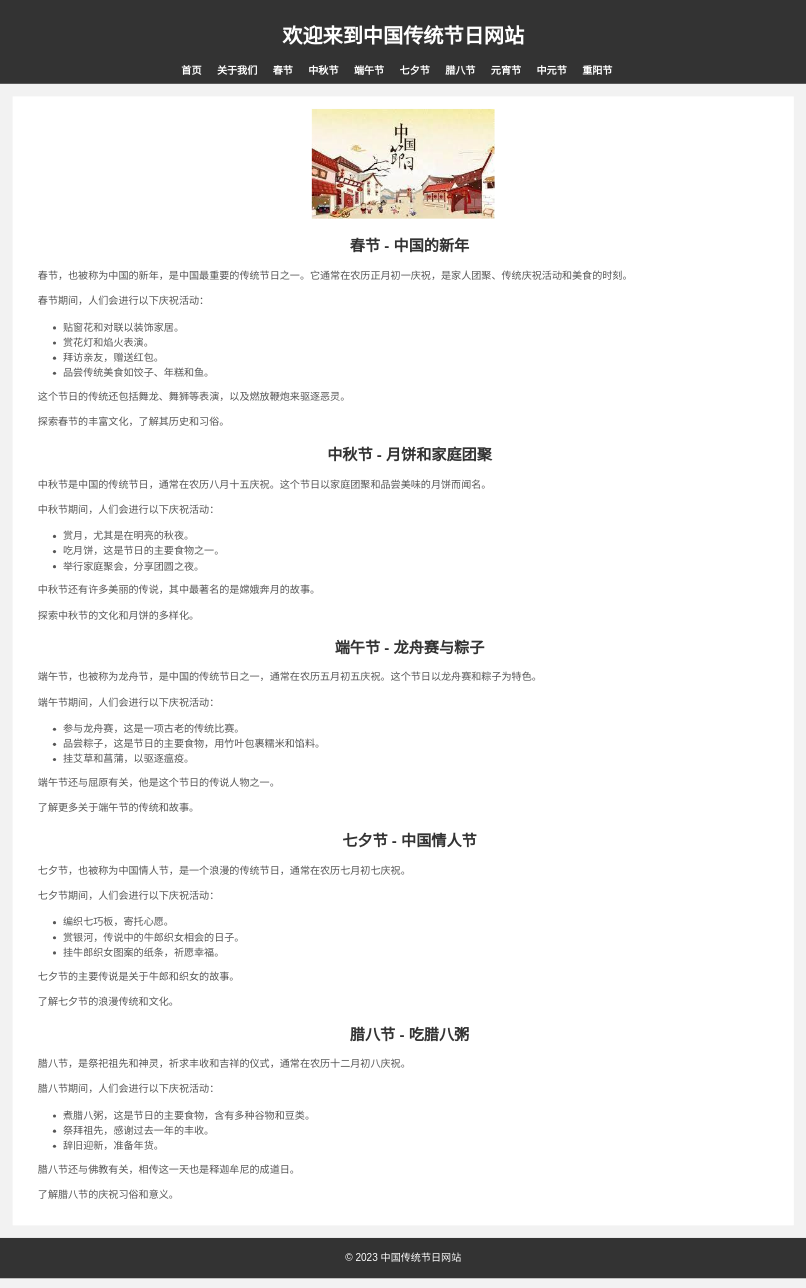
Repository: XueJie1/computer-operation-basics
Page: index.html
An editor plug-in stored every save of this project. The page is shown before and after the next save, followed by the edit.
The browser window is 1280 px wide. The pictures show the whole page, at 63% of full size.

Above is the page before, as saved 2023-09-04 17:09:36.

### index.html
<!DOCTYPE html>
<html lang="zh-CN">

<head>
    <meta charset="UTF-8">
    <meta name="viewport" content="width=device-width, initial-scale=1.0">
    <title>中国传统节日</title>
    <link rel="stylesheet" type="text/css" href="./css/styles.css" />
    <script src="https://cdn.bootcdn.net/ajax/libs/jquery/3.6.4/jquery.js"></script>
</head>

<body>
    <header>
        <h1>欢迎来到中国传统节日网站</h1>
        <nav>
            <ul>
                <li><a href="index.html">首页</a></li>
                <li><a href="about.html">关于我们</a></li>
                <li><a href="./pages/springfes/springfestival.html">春节</a></li>
                <li><a href="./pages/midautumn/midautumnfestival.html">中秋节</a></li>
                <li><a href="./pages/dragonboatfes/dragonboatfestival.html">端午节</a></li>
                <li><a href="./pages/qixifes/qixifestival.html">七夕节</a></li>
                <li><a href="./pages/labafes/labafestival.html">腊八节</a></li>
                <li><a href="./pages/lanternfes/lanternfestival.html">元宵节</a></li>
                <li><a href="./pages/hungryghostfes/hungryghostfestival.html">中元节</a></li>
                <li><a href="./pages/doubleninthfes/doubleninthfestival.html">重阳节</a></li>


            </ul>
        </nav>
    </header>
    <main>
        <div class="banner">
            <img src="./img/banner.jpeg">
        </div>
        <section id="spring-festival">
            <h2>春节 - 中国的新年</h2>
            <p>春节，也被称为中国的新年，是中国最重要的传统节日之一。它通常在农历正月初一庆祝，是家人团聚、传统庆祝活动和美食的时刻。</p>
            <p>春节期间，人们会进行以下庆祝活动：</p>
            <ul>
                <li>贴窗花和对联以装饰家居。</li>
                <li>赏花灯和焰火表演。</li>
                <li>拜访亲友，赠送红包。</li>
                <li>品尝传统美食如饺子、年糕和鱼。</li>
            </ul>
            <p>这个节日的传统还包括舞龙、舞狮等表演，以及燃放鞭炮来驱逐恶灵。</p>
            <p>探索春节的丰富文化，了解其历史和习俗。</p>
        </section>

        <section id="mid-autumn-festival">
            <h2>中秋节 - 月饼和家庭团聚</h2>
            <p>中秋节是中国的传统节日，通常在农历八月十五庆祝。这个节日以家庭团聚和品尝美味的月饼而闻名。</p>
            <p>中秋节期间，人们会进行以下庆祝活动：</p>
            <ul>
                <li>赏月，尤其是在明亮的秋夜。</li>
                <li>吃月饼，这是节日的主要食物之一。</li>
                <li>举行家庭聚会，分享团圆之夜。</li>
            </ul>
            <p>中秋节还有许多美丽的传说，其中最著名的是嫦娥奔月的故事。</p>
            <p>探索中秋节的文化和月饼的多样化。</p>
        </section>

        <section id="dragon-boat-festival">
            <h2>端午节 - 龙舟赛与粽子</h2>
            <p>端午节，也被称为龙舟节，是中国的传统节日之一，通常在农历五月初五庆祝。这个节日以龙舟赛和粽子为特色。</p>
            <p>端午节期间，人们会进行以下庆祝活动：</p>
            <ul>
                <li>参与龙舟赛，这是一项古老的传统比赛。</li>
                <li>品尝粽子，这是节日的主要食物，用竹叶包裹糯米和馅料。</li>
                <li>挂艾草和菖蒲，以驱逐瘟疫。</li>
            </ul>
            <p>端午节还与屈原有关，他是这个节日的传说人物之一。</p>
            <p>了解更多关于端午节的传统和故事。</p>
        </section>

        <section id="qixi-festival">
            <h2>七夕节 - 中国情人节</h2>
            <p>七夕节，也被称为中国情人节，是一个浪漫的传统节日，通常在农历七月初七庆祝。</p>
            <p>七夕节期间，人们会进行以下庆祝活动：</p>
            <ul>
                <li>编织七巧板，寄托心愿。</li>
                <li>赏银河，传说中的牛郎织女相会的日子。</li>
                <li>挂牛郎织女图案的纸条，祈愿幸福。</li>
            </ul>
            <p>七夕节的主要传说是关于牛郎和织女的故事。</p>
            <p>了解七夕节的浪漫传统和文化。</p>
        </section>

        <section id="laba-festival">
            <h2>腊八节 - 吃腊八粥</h2>
            <p>腊八节，是祭祀祖先和神灵，祈求丰收和吉祥的仪式，通常在农历十二月初八庆祝。</p>
            <p>腊八节期间，人们会进行以下庆祝活动：</p>
            <ul>
                <li>煮腊八粥，这是节日的主要食物，含有多种谷物和豆类。</li>
                <li>祭拜祖先，感谢过去一年的丰收。</li>
                <li>辞旧迎新，准备年货。</li>
            </ul>
            <p>腊八节还与佛教有关，相传这一天也是释迦牟尼的成道日。</p>
            <p>了解腊八节的庆祝习俗和意义。</p>
        </section>
    </main>


    <footer>
        <p>&copy; 2023 中国传统节日网站</p>
    </footer>
</body>

</html>

### css/styles.css

body {
    font-family: Arial, sans-serif;
    margin: 0;
    padding: 0;
    background-color: #f2f2f2;
}

header , .header{
    background-color: #333;
    color: #fff;
    padding: 10px 0;
}


.header h1, header h1{
    text-align: center;
    text-decoration: none;
    color: #fff;
}

.banner {
    text-align: center;
    width: 100%;
    height: auto;
}

nav ul {
    list-style-type: none;
    margin: 0;
    padding: 0;
    text-align: center;
}

nav ul li {
    display: inline;
    margin-right: 20px;
}

nav ul li a {
    text-decoration: none;
    color: #fff;
    font-weight: bold;
    font-size: 16px;
}

nav ul li a:hover {
    color: #ff9900; /* 鼠标悬停时的颜色 */
}

main {
    margin: 20px 20px 20px 20px;
}

footer p , .footer p{
    color: #fff;
    text-align: center;
    background-color: #333;
    padding-top: 20px;
    padding-bottom: 20px;
}

/* 为网页容器设置样式 */
.container {
    display: flex;
}

/* 侧边栏样式 */
.sidebar {
    flex: 0 0 10%; /* 侧边栏占据25%的宽度 */
    background-color: #333;
    color: #fff;
    padding: 20px;
}

.sidebar ul {
    list-style-type: none;
    padding: 0;
}

.sidebar ul li {
    margin-bottom: 10px;
}

.sidebar ul li a {
    text-decoration: none;
    color: #fff;
    font-weight: bold;
    font-size: 16px;
}

/* 主内容区域样式 */
main {
    flex: 0 0 75%; /* 主内容区域占据75%的宽度 */
    background-color: #fff;
    padding: 20px;
}

/* 标题样式 */
/* h1 {
    font-size: 28px;
    color: #333;
    margin-top: 0;
} */

h2 {
    text-align: center;
    font-size: 24px;
    color: #333;
}

h3 {
    text-align: center;
}

/* 正文样式 */
p {
    font-size: 16px;
    line-height: 1.5;
    color: #555;
}

section {
    margin-left: 20px;
}

.img {
    text-align: center;
}

.img img {
    width: 350px;
    height: auto;
}

main li {
    color: #555;
}

After the next save:
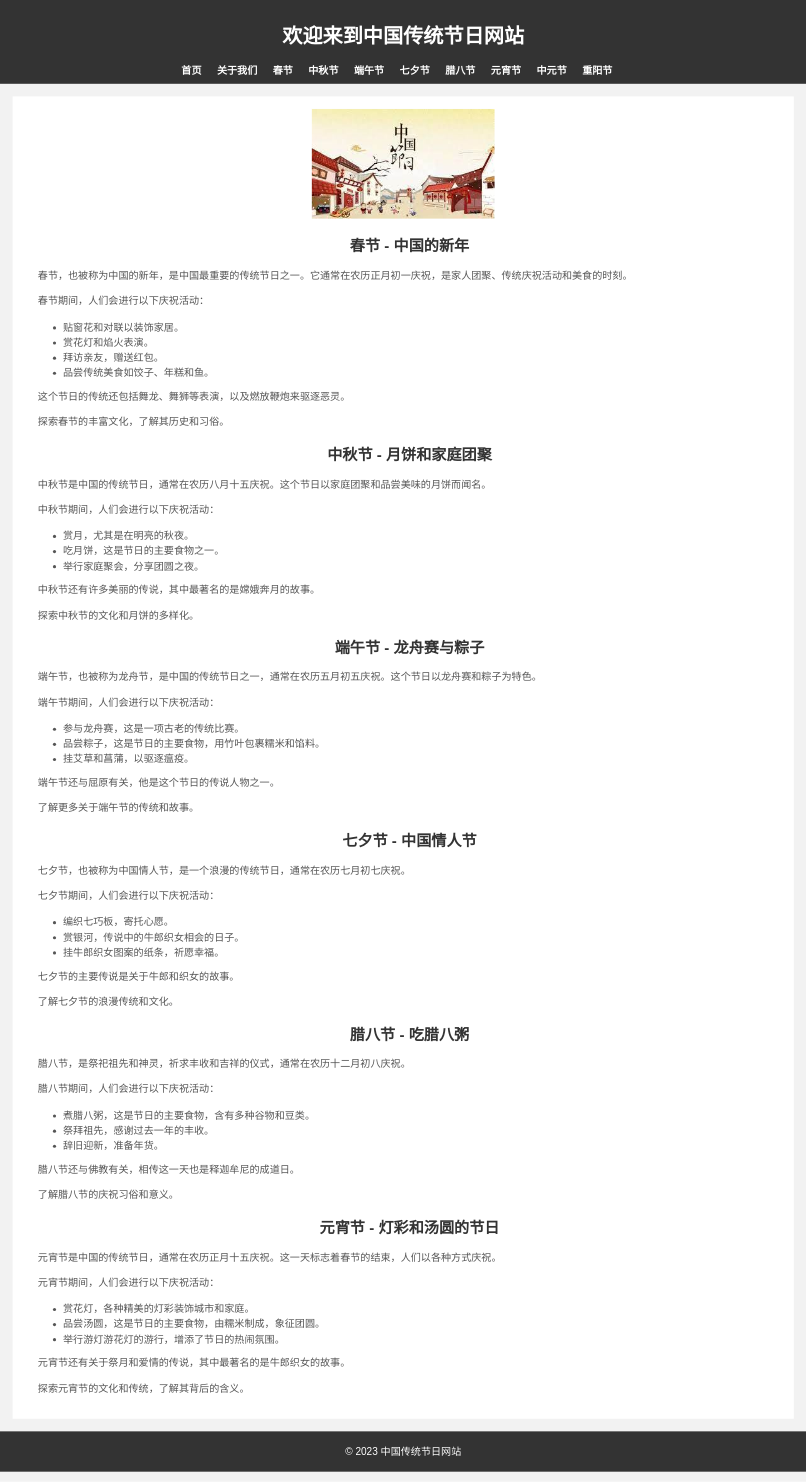
Saved 3 min 54 s later.
--- a/index.html
+++ b/index.html
@@ -98,6 +98,19 @@
             <p>腊八节还与佛教有关，相传这一天也是释迦牟尼的成道日。</p>
             <p>了解腊八节的庆祝习俗和意义。</p>
         </section>
+        <section id="yuanxiao-festival">
+            <h2>元宵节 - 灯彩和汤圆的节日</h2>
+            <p>元宵节是中国的传统节日，通常在农历正月十五庆祝。这一天标志着春节的结束，人们以各种方式庆祝。</p>
+            <p>元宵节期间，人们会进行以下庆祝活动：</p>
+            <ul>
+                <li>赏花灯，各种精美的灯彩装饰城市和家庭。</li>
+                <li>品尝汤圆，这是节日的主要食物，由糯米制成，象征团圆。</li>
+                <li>举行游灯游花灯的游行，增添了节日的热闹氛围。</li>
+            </ul>
+            <p>元宵节还有关于祭月和爱情的传说，其中最著名的是牛郎织女的故事。</p>
+            <p>探索元宵节的文化和传统，了解其背后的含义。</p>
+        </section>
+
     </main>
 
 
